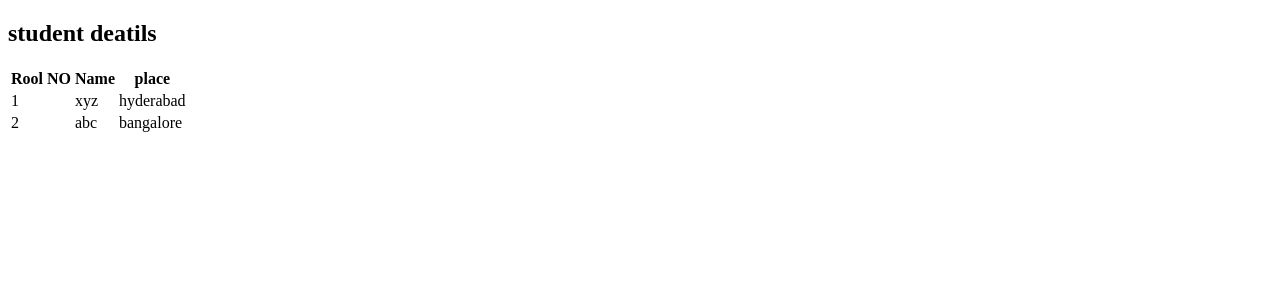
Repository: viveknaidu007/repo-113-HTML
Page: 3.html
The author's editor kept a copy of each file at every save. The page is drawn from the files as they stood at one save, then again after the next save.
The browser window is 1280 px wide. The pictures show the whole page.

Above is the page before, as saved 2024-06-10 19:38:12.

After the next save:
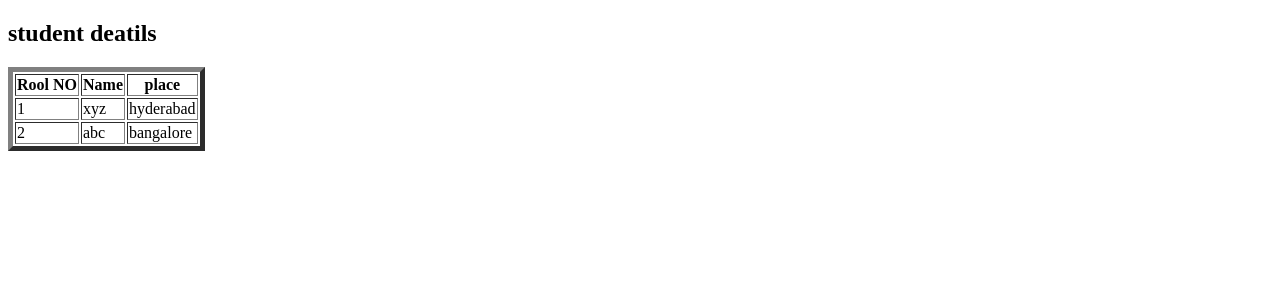
Saved 3 min 2 s later.
--- a/3.html
+++ b/3.html
@@ -6,7 +6,7 @@
 
     <body>
         <h2> student deatils</h2>
-        <table>
+        <table border="5">
 
             <tr>
                 <th> Rool NO</th>
